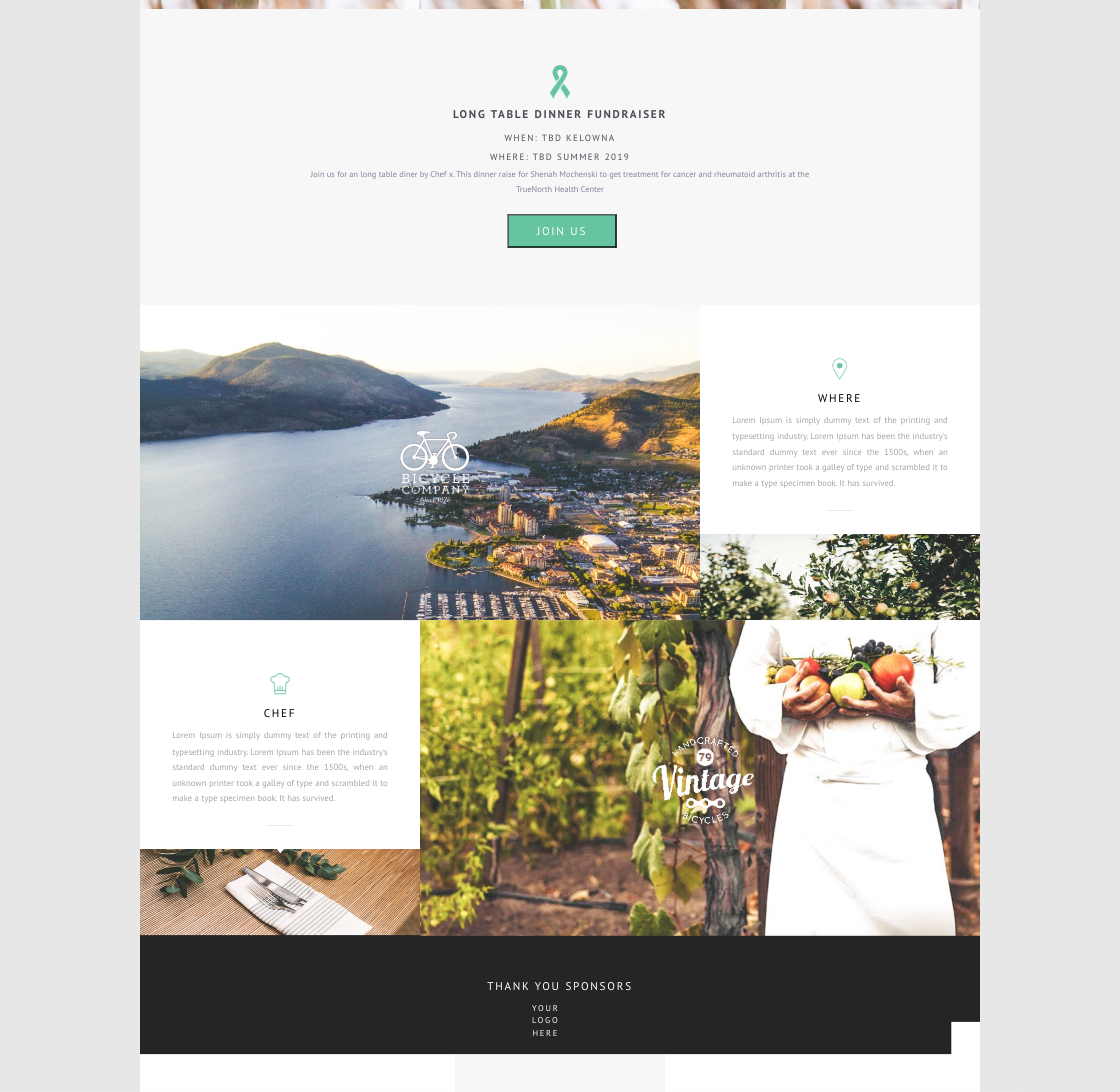
Repository: vancodes/longtable
Page: index.html
An editor plug-in stored every save of this project. The page is shown before and after the next save, followed by the edit.
The browser window is 1280 px wide. The page is 1600 px wide, so the pictures cover 1600 px, including what lies to the right of the window. The pictures show the part of the page from y = 737 to 2297 px (the page is 2297 px tall), at 70% of full size.

Above is the page before, as saved 2019-04-08 16:26:42.

After the next save:
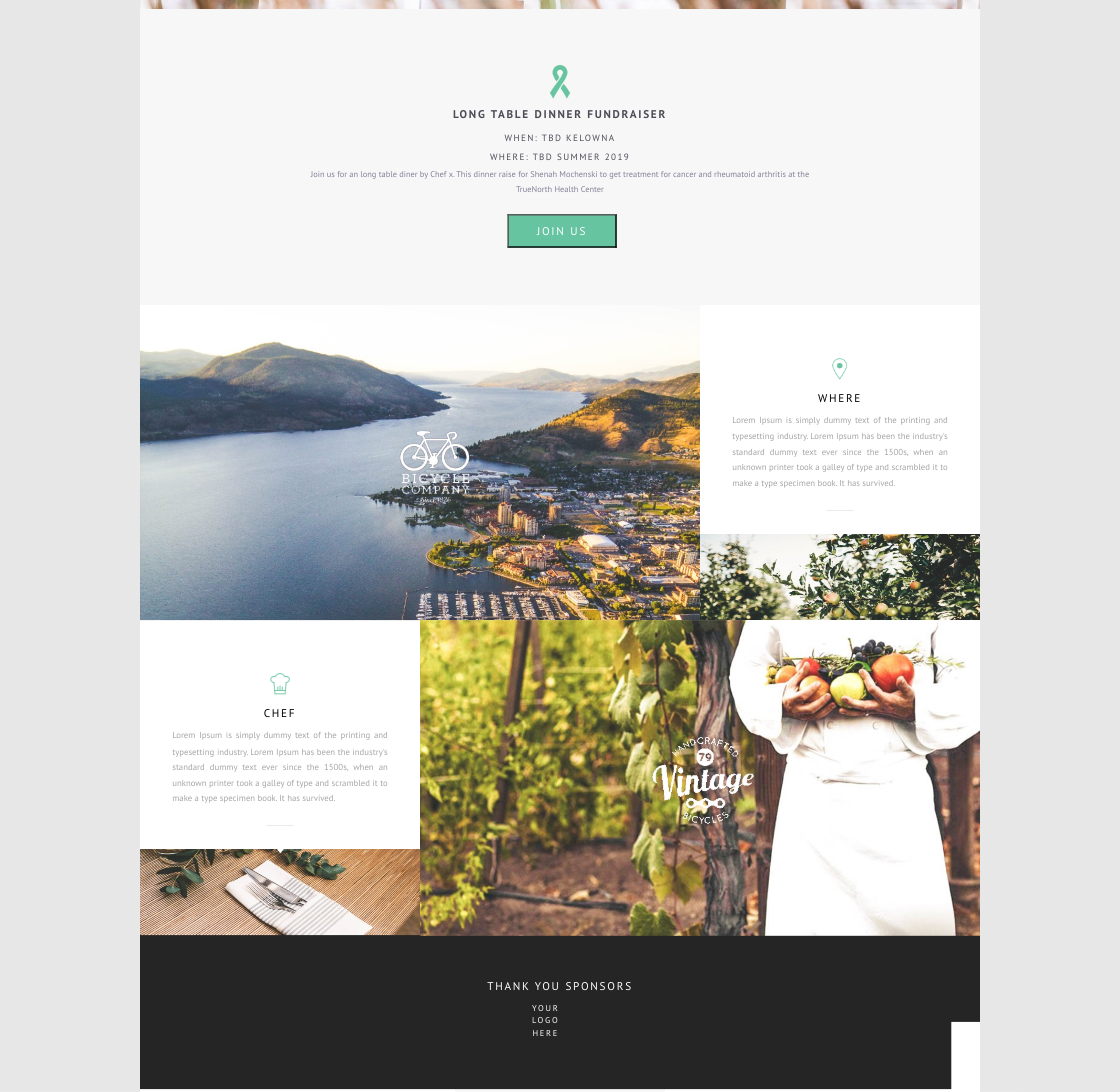
Saved 76 s later.
--- a/index.css
+++ b/index.css
@@ -575,8 +575,7 @@ img {
   position: absolute;
   background-color: #252525;
   height: 75px;
-  padding-right: 80px;
-  padding-left: 80px;
+  padding: 0px 80px 50px 80px;
 }
 
 .sponsor-logo p {
